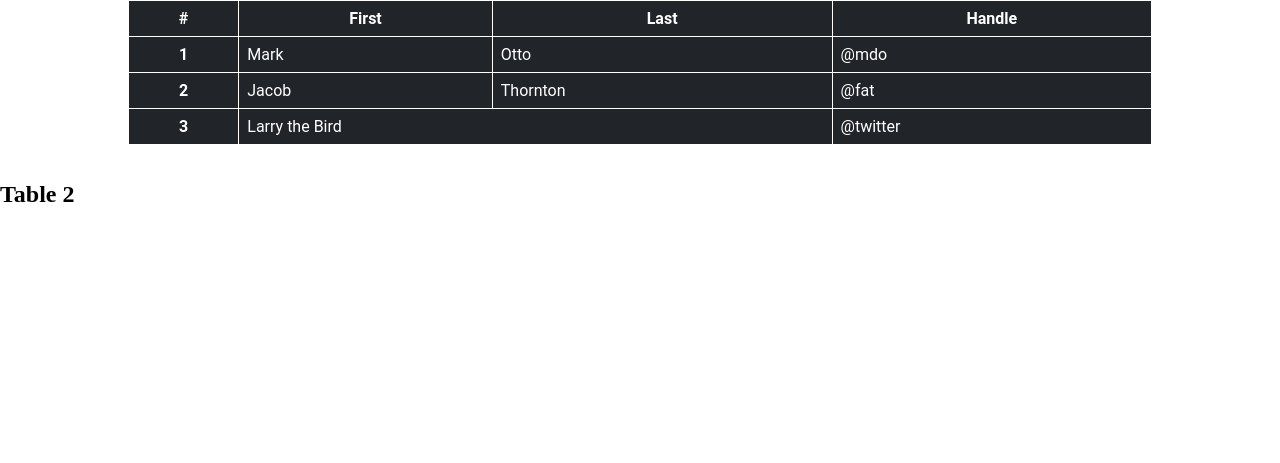
Repository: ThuatDev/BTVN_FE_JUNE
Page: index.html
The author's editor kept a copy of each file at every save. The page is drawn from the files as they stood at one save, then again after the next save.
The browser window is 1280 px wide. The pictures show the whole page.

Above is the page before, as saved 2023-08-02 15:27:06.

After the next save:
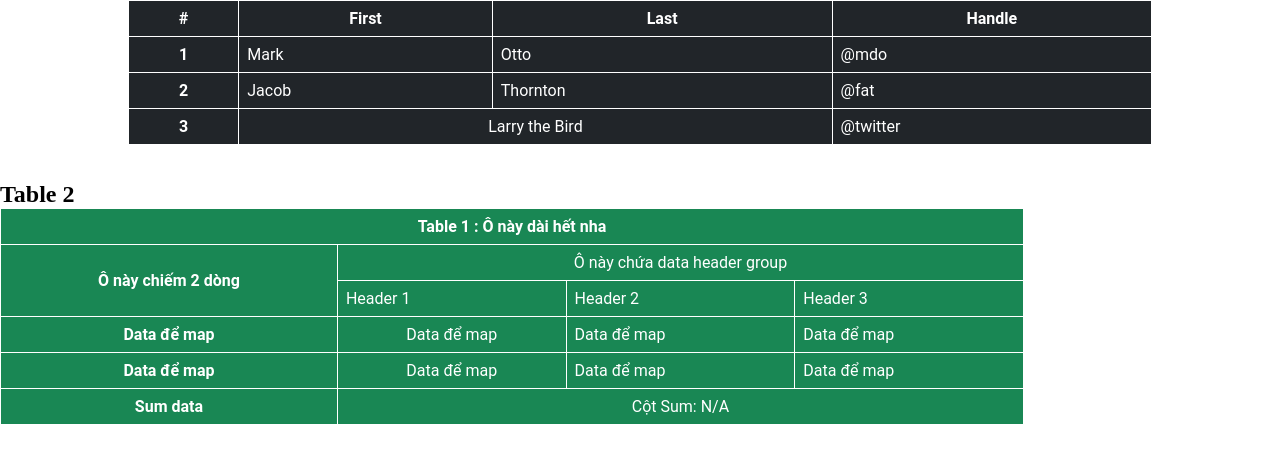
Saved 108 s later.
--- a/index.html
+++ b/index.html
@@ -62,6 +62,58 @@
       /* Áp dụng chiều rộng 80% cho bảng */
       .table {
         width: 80%;
+      }
+      /* css bang 2  */
+      /* Đặt màu nền và màu chữ cho bảng */
+      .bg-success {
+        background-color: #198754;
+      }
+      .text-white {
+        color: #fff;
+      }
+
+      /* Đặt font và kích thước chữ cho bảng */
+      .table {
+        font-family: "Roboto", sans-serif;
+        font-size: 16px;
+        font-weight: normal;
+      }
+
+      /* Áp dụng font-weight "bold" cho các thẻ <th> */
+      .table th {
+        font-weight: bold;
+      }
+
+      /* Đặt border cho bảng */
+      .table {
+        border-collapse: collapse;
+      }
+
+      /* Đặt border và padding cho thẻ <th> và <td> */
+      .table th,
+      .table td {
+        border: 1px solid #fff;
+        padding: 8px;
+      }
+
+      /* Đặt padding cho thẻ <th> có rowspan và colspan */
+      .table th[colspan],
+      .table th[rowspan],
+      .table td[colspan],
+      .table td[rowspan] {
+        padding: 8px;
+      }
+
+      /* Đặt padding cho thẻ <td> có colspan */
+      .table td[colspan] {
+        padding: 8px;
+        text-align: center; /* Căn giữa văn bản trong ô có colspan */
+      }
+
+      /* Đặt padding cho thẻ <th> trong thead */
+      .table thead th {
+        padding: 8px;
+        text-align: center; /* Căn giữa văn bản trong ô có colspan */
       }
     </style>
   </head>
